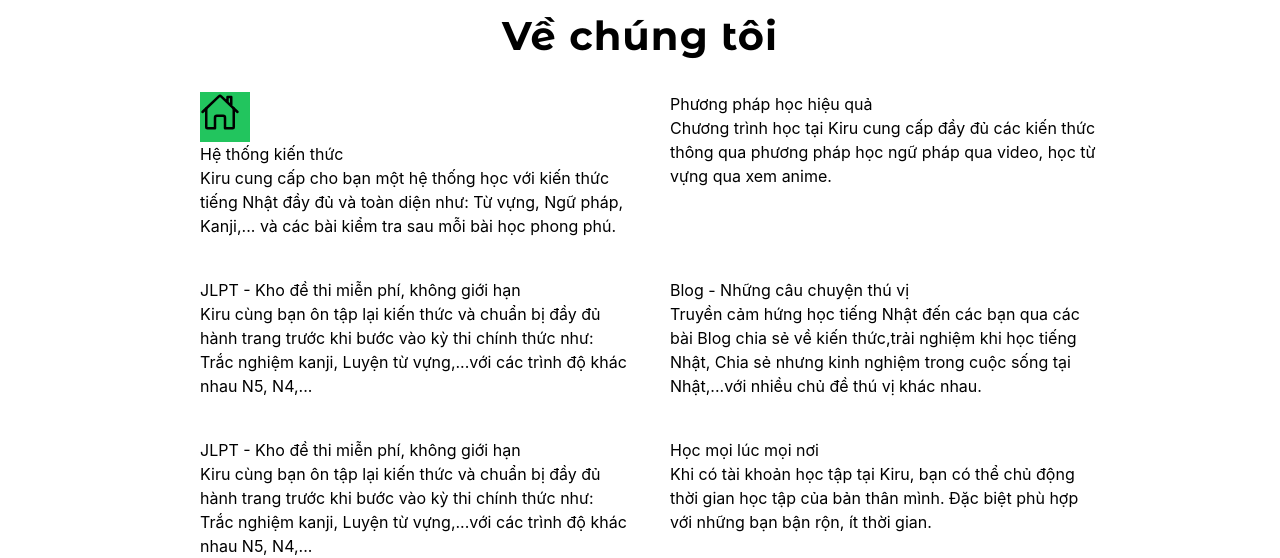
Repository: Quynhhuong150322/Kiru_Website-hoc-tieng-Nhat
Page: /
These files come from the project's save history. The page is drawn as it stood at one moment and after the next save; the edit follows.
The browser window is 1280 px wide. The pictures show the part of the page from y = 820 to 1378 px (the page is 1378 px tall).
The project was rebuilt for these pictures with package versions that can differ from the ones it lists, and the page was loaded fresh each time.

Above is the page before, as saved 2023-08-14 11:45:30.

After the next save:
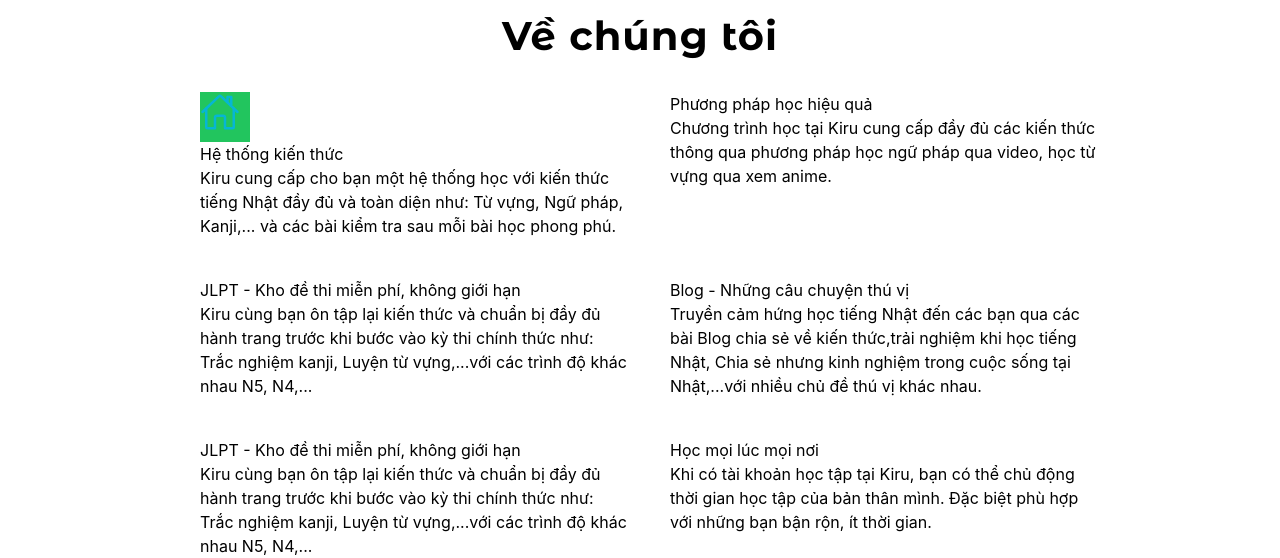
Saved 75 s later.
--- a/src/component/Gioi_thieu.js
+++ b/src/component/Gioi_thieu.js
@@ -39,8 +39,8 @@
                     <div className="grid grid-cols-2 gap-10 flex-initial w-[900px] pt-5">
                         <div className="">
                             <div className="">
-                                <div className="h-[50px] w-[50px] fill-orange-700 bg-green-500 text-[40px] font-[600] cursor-pointer items-center text-center">
-                                    <IoHomeOutline />
+                                <div className="h-[50px] w-[50px] bg-green-500 text-[40px] font-[600] cursor-pointer items-center text-center">
+                                    <IoHomeOutline className="stroke-cyan-500"/>
                                 </div>
                                 <p className="">Hệ thống kiến thức</p>
                             </div>
